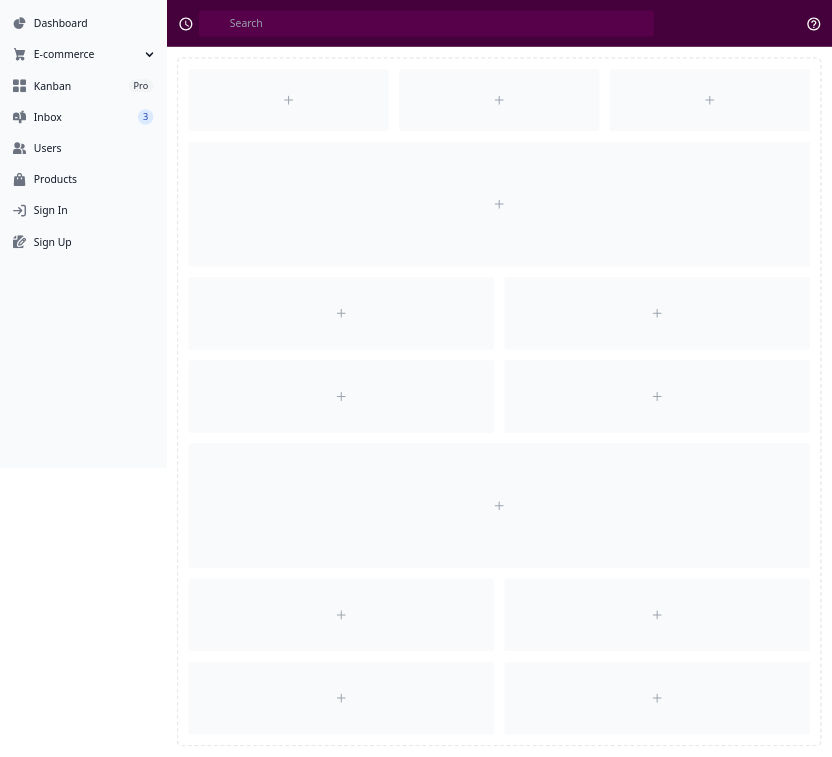
Repository: Shamraiz761/Slack_clone
Page: /
An editor plug-in stored every save of this project. The page is shown before and after a run of saves, followed by the edit.
The browser window is 1280 px wide. The pictures show the whole page, at 65% of full size.
The project was rebuilt for these pictures with package versions that can differ from the ones it lists, and the page was loaded fresh each time. Also part of the build but not shown: vite.config.js.

Above is the page before, as saved 2024-01-14 18:38:25.

After the next 2 saves:
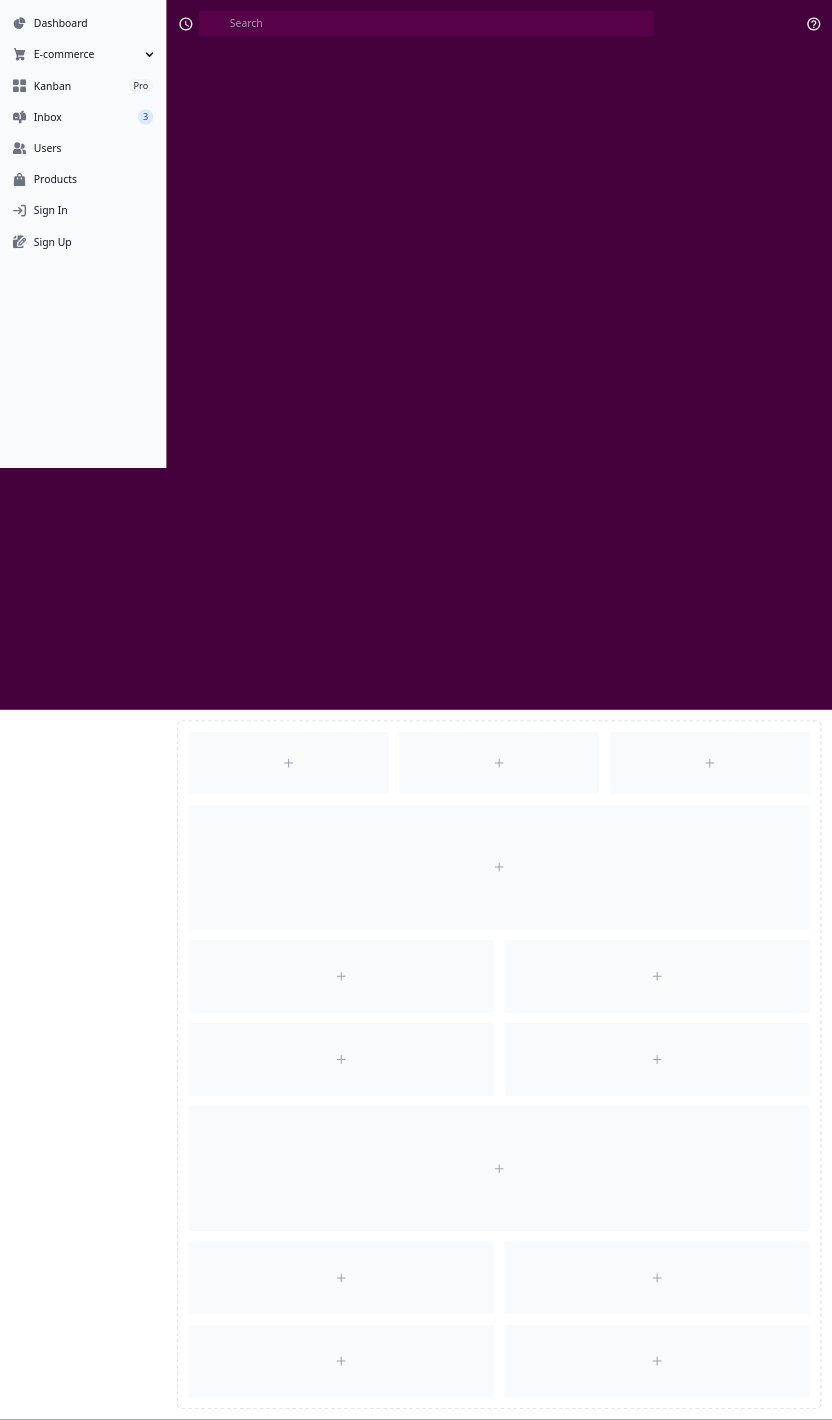
The 2 saves are shown as one change because they came seconds apart.
The last was saved 7 s later.
--- a/src/App.jsx
+++ b/src/App.jsx
@@ -5,7 +5,7 @@
 function App() {
 
   return (
-    <div className="grid grid">
+    <div className="grid grid-rows-2">
     <Header />
     <Sidebar />
     {/* Other main content goes here */}

After the 2 saves that followed:
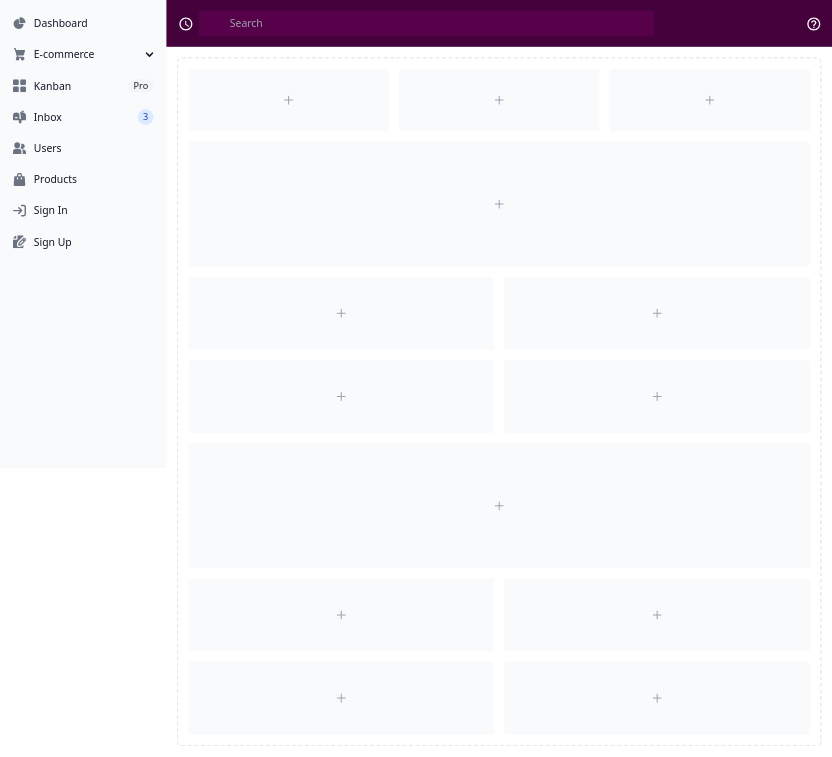
The 2 saves are shown as one change because they came seconds apart.
The last was saved 18 s later.
--- a/src/App.jsx
+++ b/src/App.jsx
@@ -5,11 +5,11 @@
 function App() {
 
   return (
-    <div className="grid grid-rows-2">
-    <Header />
-    <Sidebar />
-    {/* Other main content goes here */}
-  </div>
+  <div className="flex flex-col min-h-screen">
+      <Header />
+      <Sidebar />
+      {/* Other main content goes here */}
+    </div>
   )
 }
 
